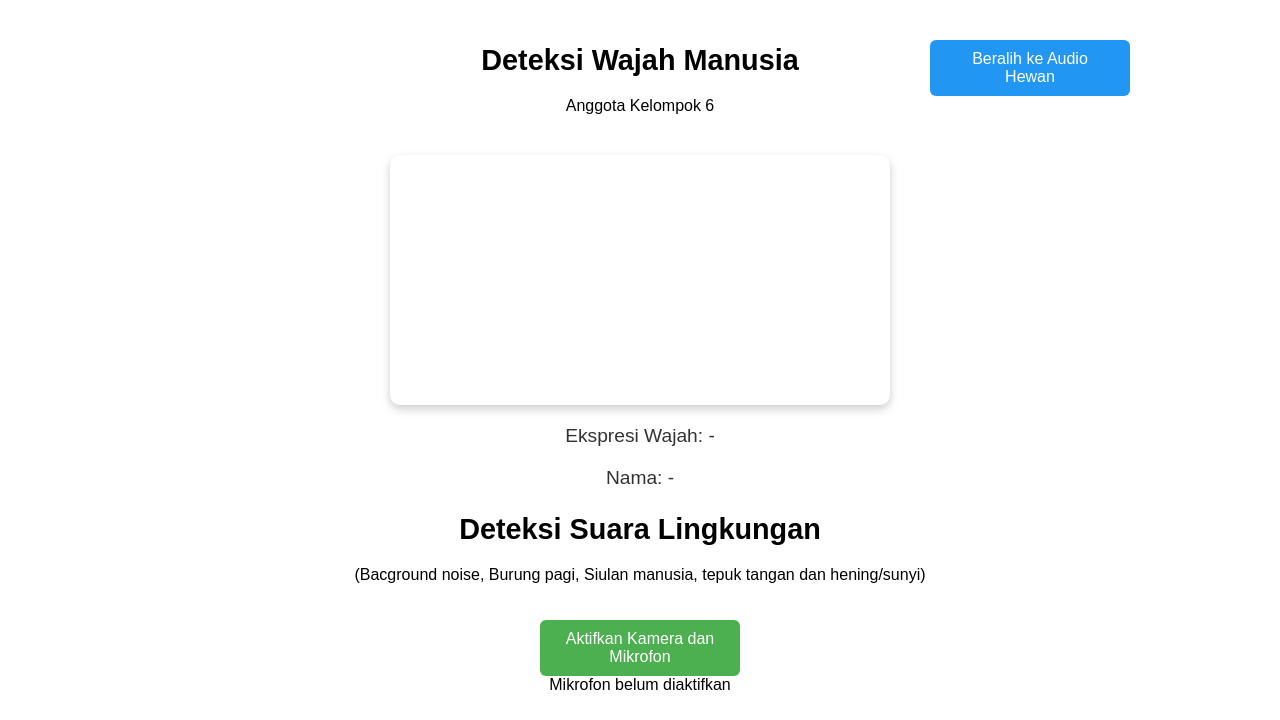
Repository: RalfyBawinto/working-teachable-machine
Page: index.html
The author's editor kept a copy of each file at every save. The page is drawn from the files as they stood at one save, then again after the next save.
The browser window is 1280 px wide. The pictures show the whole page.

Above is the page before, as saved 2025-04-22 21:07:58.

After the next save:
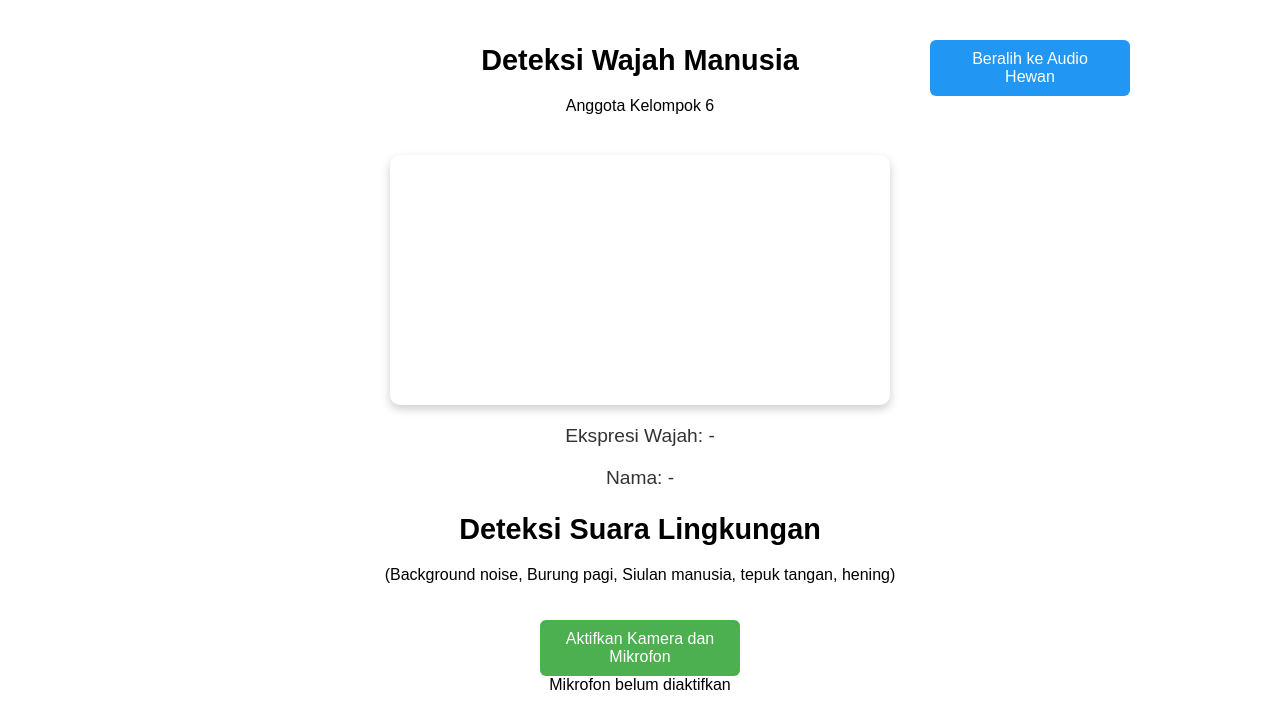
Saved 4 min 21 s later.
--- a/index.html
+++ b/index.html
@@ -11,7 +11,6 @@
     <h2>Deteksi Wajah Manusia</h2>
     <p>Anggota Kelompok 6</p>
 
-    <!-- Video untuk deteksi wajah -->
     <div id="video-container">
       <video id="video" autoplay muted playsinline></video>
       <canvas
@@ -25,19 +24,14 @@
     </div>
 
     <h2>Deteksi Suara Lingkungan</h2>
-    <p>
-      (Bacground noise, Burung pagi, Siulan manusia, tepuk tangan dan
-      hening/sunyi)
-    </p>
-
-    <!-- Kontrol deteksi suara -->
+    <p>(Background noise, Burung pagi, Siulan manusia, tepuk tangan, hening)</p>
+
     <button id="toggle-button" onclick="toggleDeteksi()">
       Aktifkan Kamera dan Mikrofon
     </button>
     <div id="status">Mikrofon belum diaktifkan</div>
     <div id="label-container"></div>
 
-    <!-- Tombol untuk beralih ke audio-hewan.html -->
     <button
       id="switch-button"
       onclick="window.location.href='audio-hewan.html'"
@@ -45,7 +39,7 @@
       Beralih ke Audio Hewan
     </button>
 
-    <!-- TensorFlow.js -->
+    <!-- TensorFlow.js & Teachable Machine -->
     <script src="https://cdn.jsdelivr.net/npm/@tensorflow/tfjs@3.21.0/dist/tf.min.js"></script>
     <script src="https://cdn.jsdelivr.net/npm/@teachablemachine/image@0.8/dist/teachablemachine-image.min.js"></script>
     <script src="https://cdn.jsdelivr.net/npm/@tensorflow-models/speech-commands@0.4.0/dist/speech-commands.min.js"></script>
@@ -59,15 +53,13 @@
 
       let faceModel, nameModel, recognizer;
       let video, canvas, ctx;
-      let animationFrameId;
-
-      let isDeteksiAktif = false;
-      let audioStreamTrack = null;
-      let videoStreamTrack = null;
 
       let lastVoiceLabel = "";
       let lastVoiceScore = 0;
       let lastVoiceUpdateTime = 0;
+      let isDeteksiAktif = false;
+      let videoStreamTrack = null;
+      let audioStreamTrack = null;
 
       async function createModel() {
         const checkpointURL = URL + "model.json";
@@ -101,12 +93,12 @@
             audio: false,
           });
 
+          video.srcObject = stream;
           videoStreamTrack = stream.getVideoTracks()[0];
-          video.srcObject = stream;
 
           video.onloadedmetadata = () => {
             video.play();
-            loop();
+            loop(); // Mulai loop deteksi wajah
           };
         } catch (err) {
           console.error("Error:", err);
@@ -117,7 +109,9 @@
       async function loop() {
         ctx.drawImage(video, 0, 0, canvas.width, canvas.height);
         await predictFace();
-        animationFrameId = requestAnimationFrame(loop);
+        setTimeout(() => {
+          requestAnimationFrame(loop);
+        }, 500); // Delay 500ms antar prediksi
       }
 
       async function predictFace() {
@@ -126,7 +120,6 @@
           (max, p) => (p.probability > max.probability ? p : max),
           { probability: 0 }
         );
-
         document.getElementById("face-output").innerText = `Ekspresi Wajah: ${
           highest1.className
         } (${(highest1.probability * 100).toFixed(1)}%)`;
@@ -227,20 +220,12 @@
         if (audioStreamTrack) audioStreamTrack.stop();
         if (videoStreamTrack) videoStreamTrack.stop();
         if (recognizer) recognizer.stopListening();
-        if (animationFrameId) cancelAnimationFrame(animationFrameId);
 
         isDeteksiAktif = false;
         document.getElementById("toggle-button").textContent =
           "Aktifkan Kamera dan Mikrofon";
         document.getElementById("status").textContent = "Mikrofon dimatikan";
         document.getElementById("label-container").innerHTML = "";
-        document.getElementById("face-output").innerText = "Ekspresi Wajah: -";
-        document.getElementById("name-output").innerText = "Nama: -";
-        const video = document.getElementById("video");
-        if (video.srcObject) {
-          video.srcObject.getTracks().forEach((track) => track.stop());
-          video.srcObject = null;
-        }
       }
 
       async function toggleDeteksi() {
